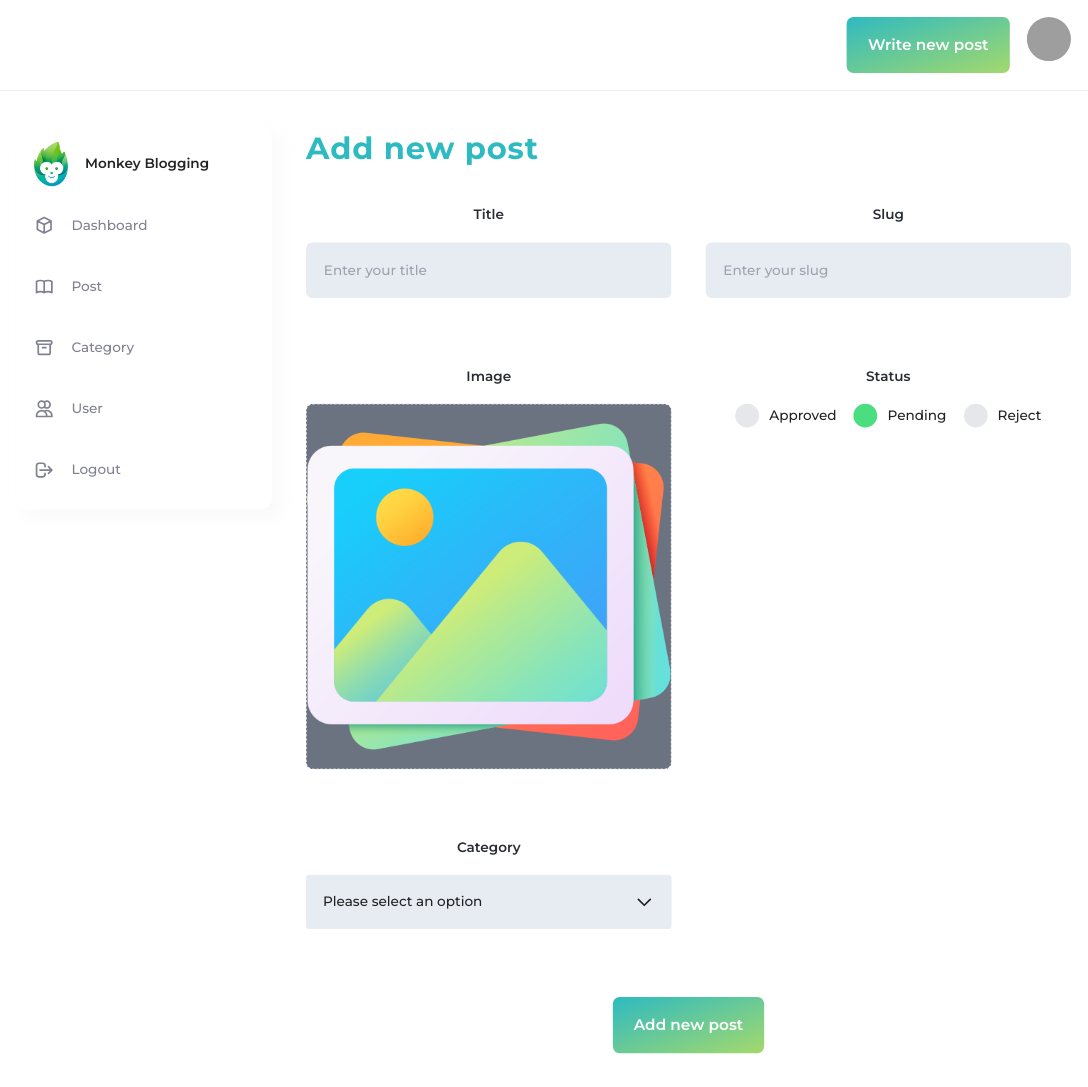
Repository: ThanhPhongsof/react-course-projects
Page: /manage/add-post (app in react-monkey-bloging/)
The author's editor kept a copy of each file at every save. The page is drawn from the files as they stood at one save, then again after the next save.
The browser window is 1280 px wide. The pictures show the whole page, at 85% of full size.
Pictures or frames that could not be fetched are drawn as grey boxes. The project was rebuilt for these pictures with package versions that can differ from the ones it lists, and the page was loaded fresh each time. Also part of the build but not shown: react-monkey-bloging/src/page/AuthenticationPage.js, react-monkey-bloging/src/components/icon/IconEyeOpen.js, react-monkey-bloging/src/components/icon/IconEyeClose.js, react-monkey-bloging/src/components/icon/index.js, react-monkey-bloging/src/components/input/InputPasswordToggle.js, react-monkey-bloging/src/page/SignUpPage.js, react-monkey-bloging/src/page/SignInPage.js, react-monkey-bloging/src/components/layout/Header.js and 21 more. Imported but missing from the stored project, and not drawn on this page: react-monkey-bloging/src/components/loading/LoadingSpinner, react-monkey-bloging/src/module/post/PostMeta.

Above is the page before, as saved 2022-05-09 09:11:43.

### react-monkey-bloging/public/index.html
<!DOCTYPE html>
<html lang="en">
  <head>
    <meta charset="utf-8" />
    <link rel="icon" href="%PUBLIC_URL%/favicon.ico" />
    <meta name="viewport" content="width=device-width, initial-scale=1" />
    <meta name="theme-color" content="#000000" />
    <meta
      name="description"
      content="Web site created using create-react-app"
    />
    <link rel="apple-touch-icon" />

    <link rel="manifest" href="%PUBLIC_URL%/manifest.json" />
    <link rel="preconnect" href="https://fonts.googleapis.com" />
    <link rel="preconnect" href="https://fonts.gstatic.com" crossorigin />
    <link
      href="https://fonts.googleapis.com/css2?family=Montserrat:wght@400;500;600;700&display=swap"
      rel="stylesheet"
    />
    <title>Monkey Blogging App</title>
  </head>
  <body>
    <noscript>You need to enable JavaScript to run this app.</noscript>
    <div id="root"></div>
    <!--
      This HTML file is a template.
      If you open it directly in the browser, you will see an empty page.

      You can add webfonts, meta tags, or analytics to this file.
      The build step will place the bundled scripts into the <body> tag.

      To begin the development, run `npm start` or `yarn start`.
      To create a production bundle, use `npm run build` or `yarn build`.
    -->
  </body>
</html>

### react-monkey-bloging/src/index.js
import React from "react";
import "./styles/index.scss";
import App from "./App";
import reportWebVitals from "./reportWebVitals";
import { ThemeProvider } from "styled-components";
import { GlobalStyles } from "./styles/GlobalStyles";
import { theme } from "./utils/constants";
import { BrowserRouter } from "react-router-dom";
import { createRoot } from "react-dom/client";
import { ToastContainer } from "react-toastify";
import "react-toastify/dist/ReactToastify.css";
const container = document.getElementById("root");
const root = createRoot(container);

root.render(
  <React.StrictMode>
    <ThemeProvider theme={theme}>
      <GlobalStyles></GlobalStyles>
      <BrowserRouter>
        <App />
        <ToastContainer></ToastContainer>
      </BrowserRouter>
    </ThemeProvider>
  </React.StrictMode>
);

reportWebVitals();

### react-monkey-bloging/src/styles/index.scss
@tailwind base;
@tailwind components;
@tailwind utilities;
@import "reset";

@layer base {
  body {
    line-height: 1.5;
    // -webkit-font-smoothing: antialiased;
    -webkit-tap-highlight-color: rgba(0, 0, 0, 0);
    font-family: "Montserrat", sans-serif;
    font-size: 16px;
    color: #232323;
  }
}
.container {
  width: 100%;
  max-width: 1260px;
  margin: 0 auto;
  padding: 0 20px;
}
a {
  text-decoration: none;
  color: inherit;
}
.text-primary {
  color: #a4d96c;
}
.grid-layout {
  display: grid;
  grid-auto-columns: 235px;
  gap: 20px;
  -ms-overflow-style: none;
  scrollbar-width: none;
  &::-webkit-scrollbar {
    display: none;
  }
  @media screen and (min-width: 1024px) {
    grid-template-columns: repeat(3, minmax(0, 1fr));
    gap: 40px;
  }
  @media screen and (max-width: 1023.98px) {
    grid-auto-flow: column;
    scroll-snap-type: x mandatory;
    overflow-x: auto;
  }
  & > * {
    scroll-snap-align: start;
  }
  &--primary {
    grid-auto-columns: 220px;
    @media screen and (min-width: 1024px) {
      grid-template-columns: repeat(4, minmax(0, 1fr));
    }
  }
}
.home-block {
  padding-bottom: 40px;
  @media screen and (min-width: 1024px) {
    padding-bottom: 60px;
  }
}
.entry-content {
  font-size: 16px;
  h2,
  h3,
  h4 {
    font-weight: bold;
    margin-bottom: 20px;
  }
  h2 {
    font-size: 32px;
  }
  h3 {
    font-size: 26px;
  }
  h4 {
    font-size: 22px;
  }
  p {
    margin-bottom: 20px;
    line-height: 2;
  }
  figure {
    margin-bottom: 20px;
  }
  figure img {
    border-radius: 20px;
    margin-bottom: 10px;
  }
  figcaption {
    text-align: center;
    font-style: italic;
    font-size: 14px;
    color: #6b6b6b;
  }
  @media screen and (max-width: 1023.98px) {
    font-size: 14px;
    h2 {
      font-size: 26px;
    }
    h3 {
      font-size: 24px;
    }
    h4 {
      font-size: 20px;
    }
  }
}
.hidden-input {
  border: 0;
  clip: rect(0 0 0 0);
  height: 1px;
  margin: -1px;
  overflow: hidden;
  padding: 0;
  position: absolute;
  width: 1px;
  white-space: nowrap;
}

### react-monkey-bloging/src/App.js
import { Route, Routes } from "react-router-dom";
import { AuthProvider } from "./contexts/auth-context";
import SignUpPage from "./page/SignUpPage";
import SignInPage from "page/SignInPage";
import HomePage from "page/HomePage";
import NotFoundPage from "page/NotFoundPage";
import PostDetailsPage from "page/PostDetailsPage";
import DashboardLayout from "module/dashboard/DashboardLayout";
import DashboardPage from "page/DashboardPage";
import PostManage from "module/post/PostManage";
import PostAddNew from "module/post/PostAddNew";

const App = () => {
  return (
    <div>
      <AuthProvider>
        <Routes>
          <Route path="/" element={<HomePage></HomePage>}></Route>
          <Route path="/sign-up" element={<SignUpPage></SignUpPage>}></Route>
          <Route path="/sign-in" element={<SignInPage></SignInPage>}></Route>
          <Route path="*" element={<NotFoundPage></NotFoundPage>}></Route>
          <Route
            path="/:slug"
            element={<PostDetailsPage></PostDetailsPage>}
          ></Route>
          <Route element={<DashboardLayout></DashboardLayout>}>
            <Route
              path="/dashboard"
              element={<DashboardPage></DashboardPage>}
            ></Route>
            <Route
              path="/manage/post"
              element={<PostManage></PostManage>}
            ></Route>
            <Route
              path="/manage/add-post"
              element={<PostAddNew></PostAddNew>}
            ></Route>
          </Route>
        </Routes>
      </AuthProvider>
    </div>
  );
};

export default App;

### react-monkey-bloging/src/utils/constants.js
export const theme = {
  primary: "#2EBAC1",
  secondary: "#A4D96C",
  grayDark: "#292D32",
  grayLight: "#E7ECF3",
  grayScale: "#6B6B6B",
  tertiary: "#3A1097",
  accent: "#00D1ED",
  purpleLight: "#F3EDFF",
  gray23: "#232323",
  gray80: "#808191",
};

export const postStatus = {
  APPROVED: 1,
  PENDING: 2,
  REJECTED: 3,
};

### react-monkey-bloging/src/styles/_reset.scss
* {
  margin: 0;
  padding: 0;
}
img,
picture,
video,
canvas,
svg {
  display: block;
  max-width: 100%;
}
input,
button,
textarea,
select {
  font: inherit;
  outline: none;
  border: none;
}
p,
h1,
h2,
h3,
h4,
h5,
h6 {
  overflow-wrap: break-word;
}

### react-monkey-bloging/src/contexts/auth-context.js
import { auth } from "firebase-app/firebase-config";
import { onAuthStateChanged } from "firebase/auth";
import { createContext, useContext, useEffect, useState } from "react";

const AuthContext = createContext();

const AuthProvider = (props) => {
  const [userInfo, setUserInfo] = useState({});
  const value = { userInfo, setUserInfo };
  useEffect(() => {
    onAuthStateChanged(auth, (user) => {
      setUserInfo(user);
    });
  }, []);
  return <AuthContext.Provider {...props} value={value}></AuthContext.Provider>;
};

const useAuth = () => {
  const context = useContext(AuthContext);
  if (typeof context === "undefined")
    throw new Error("useAuth must be used within AuthProvider");
  return context;
};

export { useAuth, AuthProvider };

### react-monkey-bloging/src/module/dashboard/DashboardLayout.js
import React from "react";
import { Outlet } from "react-router-dom";
import styled from "styled-components";
import DashboardHeader from "./DashboardHeader";
import Sidebar from "./Sidebar";

const DashboardLayoutStyles = styled.div`
  max-width: 1600px;
  margin: 0 auto;
  .dashboard {
    &-heading {
      font-weight: bold;
      font-size: 36px;
      margin-bottom: 40px;
      color: ${(props) => props.theme.primary};
      letter-spacing: 1px;
    }
    &-main {
      display: grid;
      grid-template-columns: 300px minmax(0, 1fr);
      padding: 40px 20px;
      gap: 0 40px;
      align-items: start;
    }
  }
`;

const DashboardLayout = () => {
  return (
    <DashboardLayoutStyles>
      <DashboardHeader></DashboardHeader>
      <div className="dashboard-main">
        <Sidebar></Sidebar>
        <div className="dashboard-children">
          <Outlet></Outlet>
        </div>
      </div>
    </DashboardLayoutStyles>
  );
};

export default DashboardLayout;

### react-monkey-bloging/src/firebase-app/firebase-config.js
import { initializeApp } from "firebase/app";
import { getFirestore } from "firebase/firestore";
import { getAuth } from "firebase/auth";
const firebaseConfig = {
  apiKey: "AIzaSyAdpQ4sW6LhnaANOQOgJJZImO0FWC0Ar70",
  authDomain: "monkey-blogging-da39c.firebaseapp.com",
  projectId: "monkey-blogging-da39c",
  storageBucket: "monkey-blogging-da39c.appspot.com",
  messagingSenderId: "1089989654619",
  appId: "1:1089989654619:web:f211b6c6805ab03926a77e",
};

// Initialize Firebase
const app = initializeApp(firebaseConfig);
export const db = getFirestore(app);
export const auth = getAuth(app);

### react-monkey-bloging/src/components/label/index.js
import Label from "./Label";
export { Label };

### react-monkey-bloging/src/components/input/index.js
import Input from "./Input";
export { Input };

### react-monkey-bloging/src/components/field/index.js
import Field from "./Field";
export { Field };

### react-monkey-bloging/src/module/dashboard/DashboardHeader.js
import { Button } from "components/button";
import React from "react";
import styled from "styled-components";

const DashboardHeaderStyles = styled.div`
  background-color: white;
  padding: 20px;
  border-bottom: 1px solid #eee;
  display: flex;
  justify-content: flex-end;
  gap: 20px;
  .header-avatar {
    width: 52px;
    height: 52px;
    img {
      width: 100%;
      height: 100%;
      object-fit: cover;
      border-radius: 100rem;
    }
  }
`;

const DashboardHeader = () => {
  return (
    <DashboardHeaderStyles>
      <Button type="button" to="/dashboard" className="header-button">
        Write new post
      </Button>
      <div className="header-avatar">
        <img
          src="https://images.unsplash.com/photo-1568602471122-7832951cc4c5?ixlib=rb-1.2.1&ixid=MnwxMjA3fDB8MHxwaG90by1wYWdlfHx8fGVufDB8fHx8&auto=format&fit=crop&w=3270&q=80"
          alt="avatar"
        />
      </div>
    </DashboardHeaderStyles>
  );
};

export default DashboardHeader;

### react-monkey-bloging/src/components/checkbox/index.js
import Checkbox from "./Checkbox";
import Radio from "./Radio";

export { Checkbox, Radio };

### react-monkey-bloging/src/components/dropdown/index.js
import Dropdown from "./Dropdown";
import Option from "./Option";
import Search from "./Search";

Dropdown.Option = Option;
Dropdown.Search = Search;

export { Dropdown };

### react-monkey-bloging/src/components/image/ImageUpload.js
import React from "react";
import styled from "styled-components";

const ImageUploadStyles = styled.label`
  display: flex;
  align-items: center;
  justify-content: center;
  background-color: rgb(107 114 128);
  border-width: 1px;
  border-style: dashed;
  width: 100%;
  min-height: 200px;
  position: relative;
  overflow: hidden;
  border-radius: 8px;
  cursor: pointer;
  image {
    &-display {
      display: flex;
      flex-direction: column;
      align-items: center;
      text-align: center;
      pointer-events: none;
      &-choose {
        font-weight: 500;
      }
      img {
        max-width: 80px;
        margin-bottom: 5px;
      }
    }
    &-overlay {
      position: absolute;
      width: 0px;
      height: 1px;
      background-color: rgb(74 222 128);
      left: 0;
      bottom: 0;
      transition-property: all;
      transition-timing-function: cubic-bezier(0.4, 0, 0.2, 1);
      transition-duration: 150ms;
    }
  }
`;

const ImageUpload = ({ name, className, ...rest }) => {
  return (
    <ImageUploadStyles className={className}>
      <input
        type="file"
        name={name}
        className="hidden-input"
        onChange={() => {}}
        {...rest}
      />
      <div className="image-display">
        <img src="/img-upload.png" alt="upload-img" />
        <p className="image-choose"></p>
      </div>
      <div className="image-overlay"></div>
    </ImageUploadStyles>
  );
};

export default ImageUpload;

### react-monkey-bloging/src/components/label/Label.js
import React from "react";
import styled from "styled-components";

const LabelStyles = styled.label`
  color: ${(props) => props.theme.grayDark};
  font-weight: 600;
  cursor: pointer;
`;

const Label = ({ htmlFor = "", children, ...props }) => {
  return (
    <LabelStyles htmlFor={htmlFor} {...props}>
      {children}
    </LabelStyles>
  );
};

export default Label;

### react-monkey-bloging/src/components/input/Input.js
import React from "react";
import styled from "styled-components";
import { useController } from "react-hook-form";

const InputStyles = styled.div`
  position: relative;
  width: 100%;
  input {
    width: 100%;
    padding: ${(props) => (props.hasIcon ? "20px 60px 20px 20px" : "20px")};
    background-color: ${(props) => props.theme.grayLight};
    border-radius: 8px;
    font-weight: 500;
    transition: all 0.2s linear;
    border: 1px solid transparent;
  }
  input:focus {
    background-color: white;
    border-color: ${(props) => props.theme.primary};
  }
  input:-webkit-input-placeholder {
    color: #84878b;
    font-weight: 500;
    transition: all 0.2s linear;
  }
  input::-moz-input-placeholder {
    color: #84878b;
  }
  .input-icon {
    position: absolute;
    right: 20px;
    top: 50%;
    transform: translateY(-50%);
    cursor: pointer;
  }
`;

const Input = ({ name = "", type = "text", children, control, ...props }) => {
  const { field } = useController({ control, name, defaultValue: "" });

  return (
    <InputStyles hasIcon={children ? true : false}>
      <input id={name} type={type} {...props} {...field} />
      {children ? <div className="input-icon">{children}</div> : null}
    </InputStyles>
  );
};

export default Input;

### react-monkey-bloging/src/components/Field/Field.js
import React from "react";
import styled from "styled-components";

const FieldStyles = styled.div`
  display: flex;
  flex-direction: column;
  align-items: center;
  row-gap: 20px;
  margin-bottom: 40px;
  &:last-child {
    margin-bottom: 0;
  }
`;

const Field = ({ children }) => {
  return <FieldStyles>{children}</FieldStyles>;
};

export default Field;

### react-monkey-bloging/src/components/button/Button.js
import { LoadingSpinner } from "components/loading";
import React from "react";
import styled, { css } from "styled-components";
import PropTypes from "prop-types";
import { NavLink } from "react-router-dom";

const ButtonStyles = styled.button`
  cursor: pointer;
  padding: 0 25px;
  line-height: 1;
  border-radius: 8px;
  font-size: 18px;
  font-weight: 600;
  height: ${(props) => props.height || "66px"};
  display: flex;
  justify-content: center;
  align-items: center;
  ${(props) =>
    props.kind === "secondary" &&
    css`
      background-color: white;
      color: ${(props) => props.theme.primary};
    `};
  ${(props) =>
    props.kind === "primary" &&
    css`
      color: white;
      background-image: linear-gradient(
        to right bottom,
        ${(props) => props.theme.primary},
        ${(props) => props.theme.secondary}
      );
    `};
  &:disabled {
    opacity: 0.5;
    pointer-events: none;
  }
`;

/**
 * @param {*} onClick Handle onClick
 * @requires
 * @param {string} type Type of button 'button' | 'submit'
 * @returns
 */

const Button = ({
  type = "button",
  onClick = () => {},
  kind = "primary",
  children,
  ...props
}) => {
  const { isLoading, to } = props;
  const child = !!isLoading ? <LoadingSpinner></LoadingSpinner> : children;
  if (to !== "" && typeof to == "string") {
    return (
      <NavLink to={to} style={{ display: "inline-block" }}>
        <ButtonStyles type={type} kind={kind} {...props}>
          {child}
        </ButtonStyles>
      </NavLink>
    );
  }
  return (
    <ButtonStyles type={type} onClick={onClick} kind={kind} {...props}>
      {child}
    </ButtonStyles>
  );
};

Button.propTypes = {
  type: PropTypes.oneOf(["button", "submit"]).isRequired,
  isLoading: PropTypes.bool,
  onClick: PropTypes.func,
  children: PropTypes.node,
  kind: PropTypes.oneOf(["primary", "secondary"]),
};

export default Button;

### react-monkey-bloging/src/components/checkbox/Radio.js
import React from "react";
import { useController } from "react-hook-form";

const Radio = ({ checked, children, control, name, ...rest }) => {
  const { field } = useController({ control, name, defaultValue: "" });
  return (
    <label>
      <input
        type="radio"
        className="hidden-input"
        checked={checked}
        onChange={() => {}}
        {...field}
        {...rest}
      />
      <div className="flex items-center font-medium cursor-pointer gap-x-3">
        <div
          className={`w-7 h-7 rounded-full ${
            checked ? "bg-green-400" : "bg-gray-200"
          }`}
        ></div>
        <span>{children}</span>
      </div>
    </label>
  );
};

export default Radio;

### react-monkey-bloging/src/components/dropdown/Dropdown.js
import { DropdonwProvider } from "contexts/dropdown-context";
import React, { useState } from "react";
const Dropdown = ({
  placeholder = "Please select an option",
  children,
  ...props
}) => {
  const [show, setShow] = useState(false);
  const handleToggleDropdown = () => {
    setShow(!show);
  };

  return (
    <DropdonwProvider {...props}>
      <div className="relative inline-block w-full">
        <div
          className="flex items-center justify-between p-5 rounded cursor-pointer bg-[#E7ECF3] font-medium"
          onClick={handleToggleDropdown}
        >
          <span>{placeholder}</span>
          <span>
            {show ? (
              <svg
                xmlns="http://www.w3.org/2000/svg"
                className="w-6 h-6"
                fill="none"
                viewBox="0 0 24 24"
                stroke="currentColor"
                strokeWidth="2"
              >
                <path
                  strokeLinecap="round"
                  strokeLinejoin="round"
                  d="M5 15l7-7 7 7"
                />
              </svg>
            ) : (
              <svg
                xmlns="http://www.w3.org/2000/svg"
                className="w-6 h-6"
                fill="none"
                viewBox="0 0 24 24"
                stroke="currentColor"
                strokeWidth="2"
              >
                <path
                  strokeLinecap="round"
                  strokeLinejoin="round"
                  d="M19 9l-7 7-7-7"
                />
              </svg>
            )}
          </span>
        </div>
        {show && (
          <div className="absolute left-0 w-full bg-white shadow-sm top-full">
            {children}
          </div>
        )}
      </div>
    </DropdonwProvider>
  );
};

export default Dropdown;

### react-monkey-bloging/src/components/loading/index.js
import LoadingSpinner from "./LoadingSpinner";

export { LoadingSpinner };

### react-monkey-bloging/src/contexts/dropdown-context.js
const { createContext, useContext } = require("react");

const DropdonwContext = createContext();
const DropdonwProvider = (props) => {
  return (
    <DropdonwContext.Provider value={props}>
      {props.children}
    </DropdonwContext.Provider>
  );
};

const useDropdown = () => {
  const context = useContext(DropdonwContext);
  if (typeof context === "undefined")
    throw new Error("useDropdown must be used within DropdownProvider");
  return context;
};

export { useDropdown, DropdonwProvider };

Loaded but not shown: react-monkey-bloging/src/reportWebVitals.js (common file); react-monkey-bloging/src/styles/GlobalStyles.js (common file); react-monkey-bloging/src/styles/GlobalClasses.js (common file); react-monkey-bloging/src/components/button/index.js (common file); react-monkey-bloging/tailwind.config.js (common file); react-monkey-bloging/src/module/post/PostAddNew.js (161 lines, source omitted); react-monkey-bloging/src/module/dashboard/Sidebar.js (159 lines, source omitted)

After the next save:
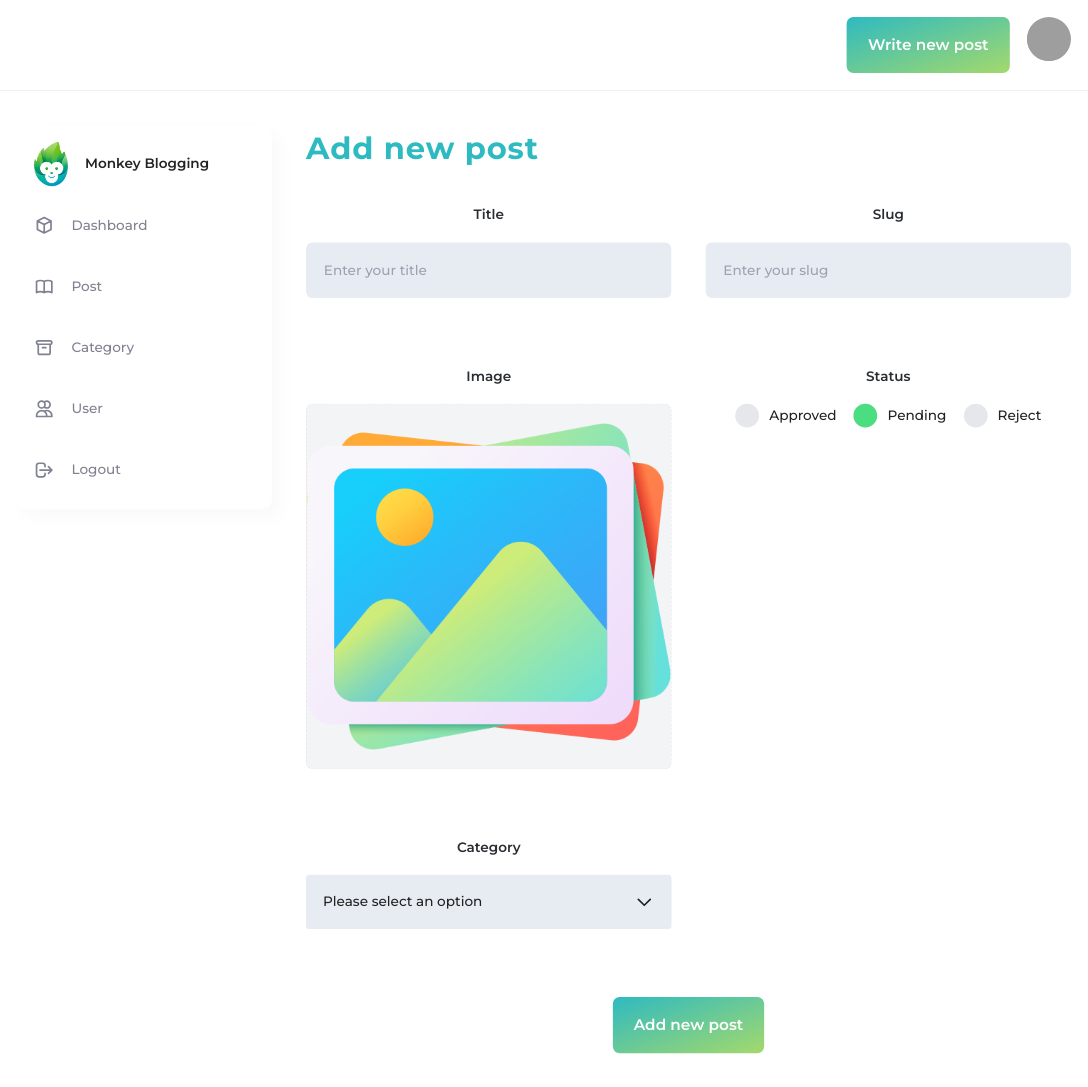
Saved 33 s later.
--- a/react-monkey-bloging/src/components/image/ImageUpload.js
+++ b/react-monkey-bloging/src/components/image/ImageUpload.js
@@ -5,7 +5,7 @@ const ImageUploadStyles = styled.label`
   display: flex;
   align-items: center;
   justify-content: center;
-  background-color: rgb(107 114 128);
+  background-color: rgb(243 244 246);
   border-width: 1px;
   border-style: dashed;
   width: 100%;
